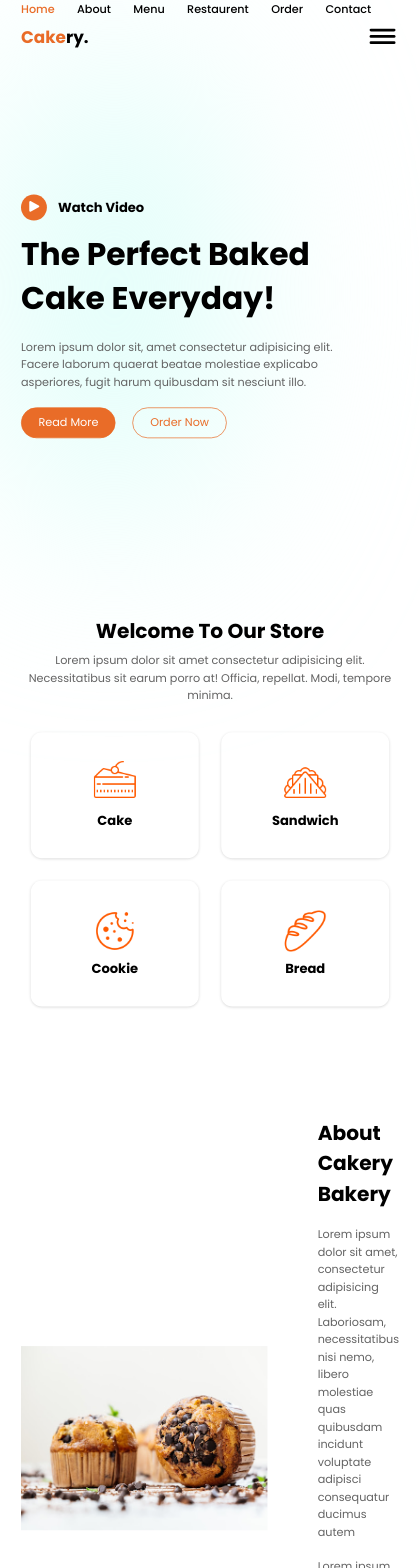
Repository: kingamirhosein100000-maker/cake.shop
Page: index.html
These files come from the project's save history. The page is drawn as it stood at one moment and after a run of saves; the edit follows.
The browser window is 600 px wide. The pictures show the part of the page from y = 0 to 2240 px (the page is 5901 px tall), at 70% of full size.
Some web libraries are served in a nearby version.

Above is the page before, as saved 2026-01-29 19:33:32.

After the next 7 saves:
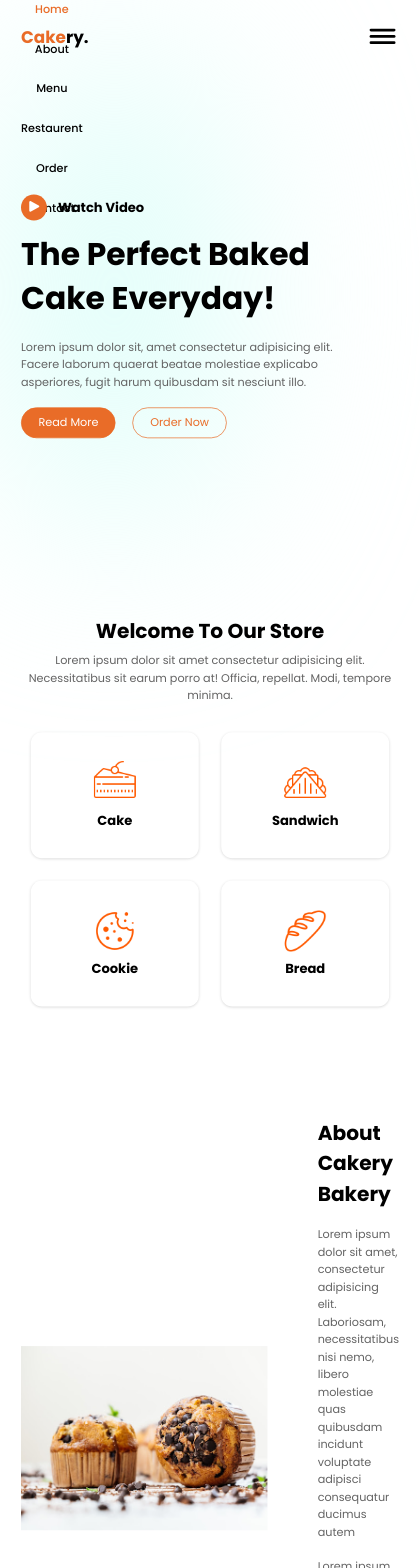
The 7 saves are shown as one change because they came seconds apart.
The last was saved 21 s later.
--- a/style.css
+++ b/style.css
@@ -427,6 +427,7 @@
                         .navlist{
                             position: absolute;
                             top: 0;
-
-                        }
-                    }
+                            flex-direction: column;
+                            background: var(--);
+                        }
+                    }
